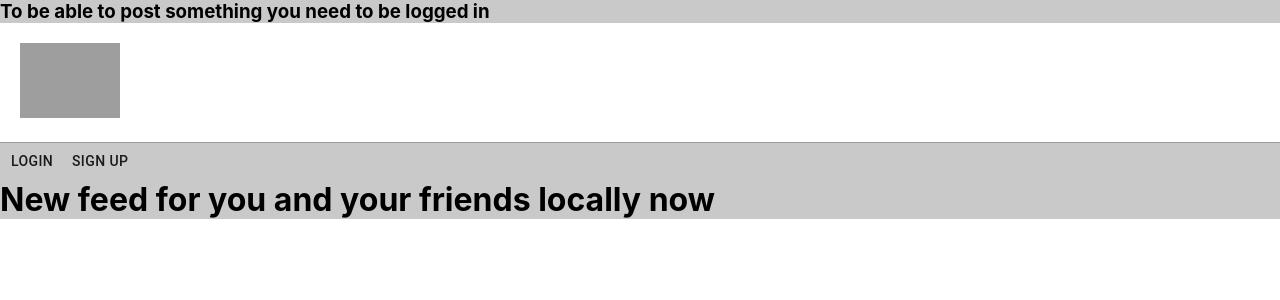
Repository: SerbanLuca/Instagram-clone
Page: /
These files come from the project's save history. The page is drawn as it stood at one moment and after the next save; the edit follows.
The browser window is 1280 px wide. The pictures show the whole page.
Pictures or frames that could not be fetched are drawn as grey boxes. The page's requests for data from a server got no answer. The project was rebuilt for these pictures with package versions that can differ from the ones it lists, and the page was loaded fresh each time. No one was signed in, and anything a server would have sent is missing. Also part of the build but not shown: src/components/Post.css, src/components/Post.js, src/components/ImageUpload.js.

Above is the page before, as saved 2021-05-24 21:50:13.

After the next save:
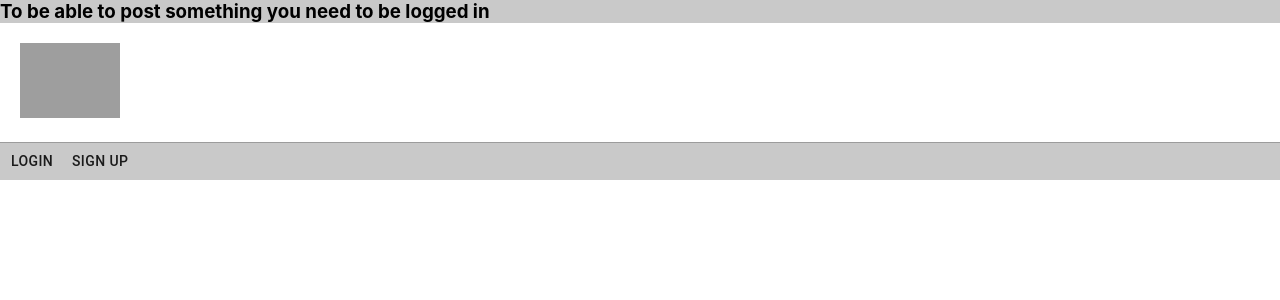
Saved 70 s later.
--- a/src/App.js
+++ b/src/App.js
@@ -88,6 +88,12 @@ function App() {
 
   return (
     <div className="app">
+
+      {user?.displayName ? (
+          <ImageUpload username={user.displayName}/>
+      ):(
+        <h3>To be able to post something you need to be logged in</h3>
+      ) }
       <Modal
         open={open}
         onClose={() => setOpen(false)}
@@ -119,11 +125,7 @@ function App() {
           </form>
         </div>
       </Modal>
-      {user?.displayName ? (
-          <ImageUpload username={user.displayName}/>
-      ):(
-        <h3>To be able to post something you need to be logged in</h3>
-      ) }
+
       <div className='app__header'>
           <img className='app__headerImage' src='https://cdn.shopify.com/s/files/1/0249/5892/6941/products/stickerirononInstagram-Logo_3840x.png?v=1615134485' alt=''/>
       </div>
@@ -136,7 +138,7 @@ function App() {
               <Button type='submit'onClick={() => setOpen(true)}>Sign Up</Button>
           </div>
       )}
-      <h1>New feed for you and your friends locally now</h1>
+      <h1></h1>
       {
         posts.map(({id, post}) => (
           <Post key={id} postId={id} user={user} username={post.username} caption={post.caption} imageURL={post.imageURL}/>
